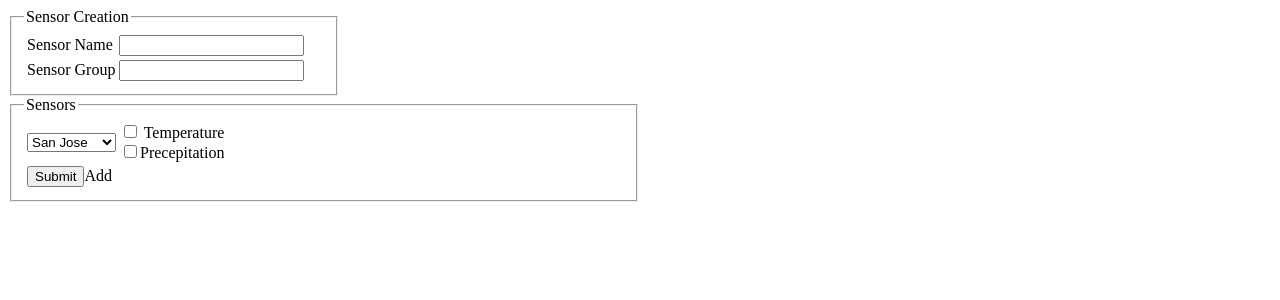
Repository: SharatNH/281mainproject
Page: sensorcloud/WebContent/index.html
The author's editor kept a copy of each file at every save. The page is drawn from the files as they stood at one save, then again after the next save.
The browser window is 1280 px wide. The pictures show the whole page.

Above is the page before, as saved 2016-05-15 22:50:33.

### sensorcloud/WebContent/index.html
<!DOCTYPE html>
<html>
<head>
<meta charset="ISO-8859-1">
<title>Insert title here</title>
</head>
<body>

    <form action="addsensor(this)" method="post">
        <fieldset style="width: 300px">
            <legend> Sensor Creation </legend>
            <table>
                <tr>
                    <td>Sensor Name</td>
                    <td><input type="text" name="sensorname" id="sensorname"  /></td>
                </tr>
                <tr>
                    <td>Sensor Group</td>
                    <td><input type="text" name="sensorgrp" id="sensorgrp"/></td>
                </tr>

            </table>
        </fieldset>
    <fieldset style="width: 600px">
            <legend> Sensors </legend>
            <table>
                <tr>

                    <td>
                    <select id="location">
  						<option value="San Jose">San Jose</option>
  						<option value="Fremont">Fremont</option>
  						<option value="Santa Cruz">Santa Cruz</option>
  						<option value="Nappa">Nappa</option>
					</select>
                    </td>
                    <td>
                    <input class="messageCheckbox" type="checkbox" name="sensor" value="Temperature"> Temperature<br>
                    <input class="messageCheckbox" type="checkbox" name="sensor" value="Precepitation">Precepitation<br>
                    </td>
                </tr>
                 <tr>
                    <td><input type="submit"  />Add</td>
                </tr>

            </table>
        </fieldset>


    </form>
</body>
<script>

function addsensor(obj) {


	var sensorname = obj['sensorname'].value;
	alert(sensorname);
	var sensorgrp = obj['sensorgrp'].value;
	alert(sensorgrp);


	var e = document.getElementById("location");
	var strlocation = e.options[e.selectedIndex].value;
	alert(strlocation);

	var checkedValue = $('.messageCheckbox:checked').val();
	alert(checkedValue);


	var data = {
		"sensorname" : sensorname,
		"sensorgrp" : sensorgrp,

		"city" : strlocation,

		"sensorcount" : checkedValue


	}

	//alert(fname);
	//alert(mname);
	$.ajax({
		type : "POST",
		url : " ",
		data : data
	}).success(function(response) {
		alert(response);
	}).error(function(err) {
		alert(err);
	});

}




</script>


</html>

After the next save:
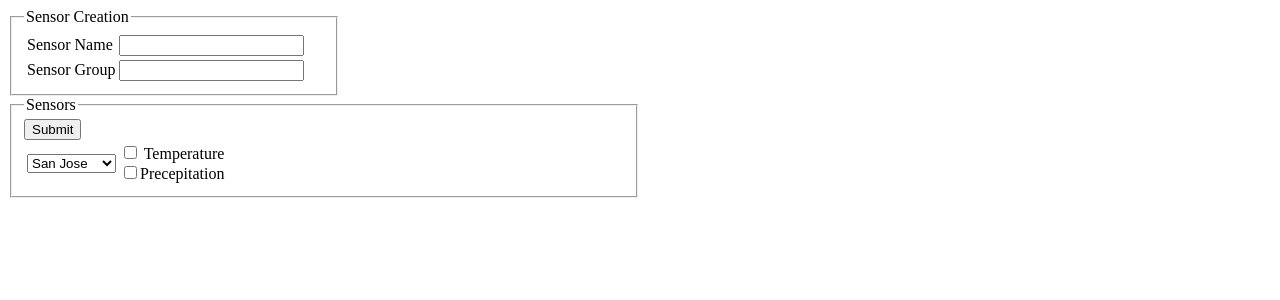
Console error (its wording comes from the project's code and is left out).
Saved 2 min 39 s later.
--- a/sensorcloud/WebContent/index.html
+++ b/sensorcloud/WebContent/index.html
@@ -6,7 +6,7 @@
 </head>
 <body>
 
-    <form action="addsensor(this)" method="post">
+    <form onsubmit="addsensor(this)" method="post">
         <fieldset style="width: 300px">
             <legend> Sensor Creation </legend>
             <table>
@@ -39,9 +39,9 @@
                     <input class="messageCheckbox" type="checkbox" name="sensor" value="Precepitation">Precepitation<br>
                     </td>
                 </tr>
-                 <tr>
-                    <td><input type="submit"  />Add</td>
-                </tr>
+
+                    <input type="submit" onclick= />
+
 
             </table>
         </fieldset>
